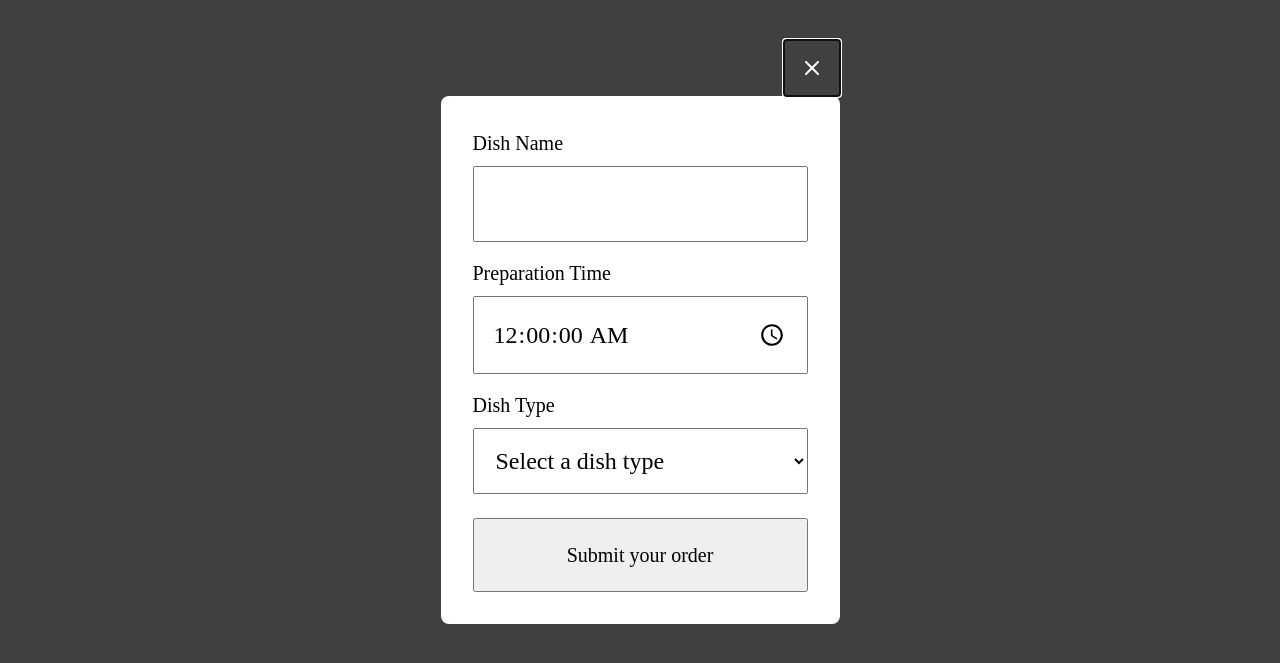
Repository: hjubsoni/hex-ocean-task
Page: /, after clicking the first element matching `button.order-button`
An editor plug-in stored every save of this project. The page is shown before and after the next save, followed by the edit.
The browser window is 1280 px wide. The pictures show the whole page.
The project was rebuilt for these pictures with package versions that can differ from the ones it lists, and the page was loaded fresh each time. Also part of the build but not shown: vite.config.ts.

Above is the page before, as saved 2023-03-22 15:34:39.

### index.html
<!DOCTYPE html>
<html lang="en">
  <head>
    <meta charset="UTF-8" />
    <link rel="icon" type="image/svg+xml" href="/vite.svg" />
    <meta
      name="viewport"
      content="width=device-width, initial-scale=1.0"
    />
    <title>Vite + React + TS</title>
  </head>
  <body>
    <div id="root"></div>
    <script type="module" src="/src/main.tsx"></script>
  </body>
</html>

### src/App.tsx
import React from 'react';
import './App.css';
import { ShoppingBag } from 'react-feather';
import Modal from './components/Modal';

function App() {
  const [isModalOpen, setIsModalOpen] = React.useState(false);

  const toggleIsOpenModal = () => {
    setIsModalOpen(!isModalOpen);
  };

  return (
    <>
      <div className="wrapper">
        <button className="order-button" onClick={toggleIsOpenModal}>
          <div className="icon-wrapper">
            <ShoppingBag color="white" />
          </div>
          <span className="order-button-text">Order</span>
        </button>
      </div>
      {isModalOpen && <Modal handleDismiss={toggleIsOpenModal} />}
    </>
  );
}

export default App;

### src/index.css
*,
*::before,
*::after {
  box-sizing: border-box;
}

* {
  margin: 0;
}

html,
body,
#root {
  height: 100%;
}

body {
  line-height: 1.5;
  -webkit-font-smoothing: antialiased;
}

img,
picture,
video,
canvas,
svg {
  display: block;
  max-width: 100%;
}

input,
button,
textarea,
select {
  font: inherit;
}

p,
h1,
h2,
h3,
h4,
h5,
h6 {
  overflow-wrap: break-word;
}

#root,
#__next {
  isolation: isolate;
}

### src/App.css
.wrapper {
  height: 100%;
  display: flex;
  justify-content: center;
  align-items: center;
}

.order-button {
  display: flex;
  width: 180px;
  height: 2.625rem;
  align-items: center;
  padding: 4px 8px;
  gap: 8px;
  border-radius: 8px;
  background: #184fee;
  cursor: pointer;
  border: none;
}

.order-button-text {
  font-size: 1.5rem;
  color: white;
  margin-left: auto;
  margin-right: auto;
}

.icon-wrapper {
  animation-duration: 2s;
}

.order-button:hover > .icon-wrapper {
  animation-name: bounce;
  animation-timing-function: cubic-bezier(0.28, 0.84, 0.42, 1);
}
@keyframes bounce {
  0% {
    transform: scale(1, 1) translateY(0);
  }
  10% {
    transform: scale(1.1, 0.9) translateY(0);
  }
  30% {
    transform: scale(0.9, 1.1) translateY(-5px);
  }
  50% {
    transform: scale(1.05, 0.95) translateY(0);
  }
  57% {
    transform: scale(1, 1) translateY(-2px);
  }
  64% {
    transform: scale(1, 1) translateY(0);
  }
  100% {
    transform: scale(1, 1) translateY(0);
  }
}

### src/components/Modal/Modal.tsx
import React from 'react';
import FocusLock from 'react-focus-lock';
import './styles.css';
import ModalForm from './ModalForm';

function Modal({ handleDismiss }: { handleDismiss: () => void }) {
  React.useEffect(() => {
    function handleKeyDown(event: KeyboardEvent) {
      if (event.code === 'Escape') {
        handleDismiss();
      }
    }
    window.addEventListener('keydown', handleKeyDown);
    return () => {
      window.removeEventListener('keydown', handleKeyDown);
    };
  }, [handleDismiss]);
  return (
    <FocusLock returnFocus={true}>
      <div className="wrapper">
        <div className="backdrop" onClick={handleDismiss} />
        <ModalForm handleDismiss={handleDismiss} />
      </div>
    </FocusLock>
  );
}

export default Modal;

### src/components/Modal/styles.css
.wrapper {
  position: fixed;
  inset: 0;
  display: grid;
  place-content: center;
  padding: 16px;
}

.backdrop {
  position: absolute;
  inset: 0;
  background: hsl(0deg 0% 0% / 0.75);
}

.modal-form {
  position: relative;
  background: white;
  border-radius: 8px;
  padding: 32px;
  display: flex;
  flex-direction: column;
  gap: 16px;
}

.close-button {
  position: absolute;
  top: 0;
  right: 0;
  padding: 16px;
  color: white;
  transform: translateY(-100%);
  cursor: pointer;
  background: transparent;
  border: none;
}

.form-label {
  display: inline-block;
  font-weight: 500;
  font-size: 1.25rem;
}

.form-input {
  display: block;
  padding: 1.125rem;
  margin-top: 0.5rem;
  width: 100%;
  font-size: 1.5rem;
}

.submit-button {
  padding: 1.25rem;
  font-size: 1.25rem;
  cursor: pointer;
  margin-top: 8px;
}

### src/components/Modal/ModalForm.tsx
import React from 'react';

import { X } from 'react-feather';
import './form.css';
import VissuallyHidden from '../VisuallyHidden';

type Order = {
  name: string;
  preparation_time: string;
  type: string;
  no_of_slices?: number;
  diameter?: number;
  spiciness_scale?: number;
  slices_of_bread?: number;
};

const DISH_TYPES = [
  {
    label: 'Pizza',
    value: 'pizza',
  },
  {
    label: 'Soup',
    value: 'soup',
  },
  {
    label: 'Sandwich',
    value: 'sandwich',
  },
];

function ModalForm({ handleDismiss }: { handleDismiss: () => void }) {
  const [order, setOrder] = React.useState<Order>({
    name: '',
    preparation_time: '00:00:00',
    type: '',
    no_of_slices: '',
    diameter: '',
    spiciness_scale: '',
    slices_of_bread: '',
  });

  return (
    <form className="modal-form" role="form-modal">
      <button className="close-button" onClick={handleDismiss}>
        <X color="white" />
        <VissuallyHidden>Close Modal Form</VissuallyHidden>
      </button>
      <div>
        <label className="form-label" htmlFor="dish-name">
          Dish Name
        </label>
        <input
          className="form-input"
          id="dish-name"
          value={order.name}
        />
      </div>
      <div>
        <label className="form-label" htmlFor="preparation-time">
          Preparation Time
        </label>
        <input
          className="form-input"
          id="preparation-time"
          value={order.preparation_time}
          type="time"
          step="1"
        />
      </div>
      <div>
        <label className="form-label" htmlFor="dish-type">
          Dish Type
        </label>
        <select className="form-input" id="dish-type" required>
          <option value="">Select a dish type</option>
          <optgroup label="Dishes">
            {DISH_TYPES.map((dishType, idx) => {
              return (
                <option key={idx} value={dishType.value}>
                  {dishType.label}
                </option>
              );
            })}
          </optgroup>
        </select>
      </div>
      <button type="submit" className="submit-button">
        Submit your order
      </button>
    </form>
  );
}

export default ModalForm;

### src/components/Modal/form.css
.modal-form {
  position: relative;
  background: white;
  border-radius: 8px;
  padding: 32px;
  display: flex;
  flex-direction: column;
  gap: 16px;
}

.close-button {
  position: absolute;
  top: 0;
  right: 0;
  padding: 16px;
  color: white;
  transform: translateY(-100%);
  cursor: pointer;
  background: transparent;
  border: none;
}

.form-label {
  display: inline-block;
  font-weight: 500;
  font-size: 1.25rem;
}

.form-input {
  display: block;
  padding: 1.125rem;
  margin-top: 0.5rem;
  width: 100%;
  font-size: 1.5rem;
}

.submit-button {
  padding: 1.25rem;
  font-size: 1.25rem;
  cursor: pointer;
  margin-top: 8px;
}

### src/components/VisuallyHidden/VisuallyHidden.tsx
const hiddenStyles = {
  display: 'inline-block',
  position: 'absolute',
  overflow: 'hidden',
  clip: 'rect(0 0 0 0)',
  height: 1,
  width: 1,
  margin: -1,
  padding: 0,
  border: 0,
} as React.CSSProperties;

const VisuallyHidden = ({
  children,
}: {
  children: React.ReactNode;
}) => {
  return <span style={hiddenStyles}>{children}</span>;
};

export default VisuallyHidden;

Loaded but not shown: src/main.tsx (common file); src/components/Modal/index.tsx (common file); src/components/VisuallyHidden/index.tsx (common file)

After the next save:
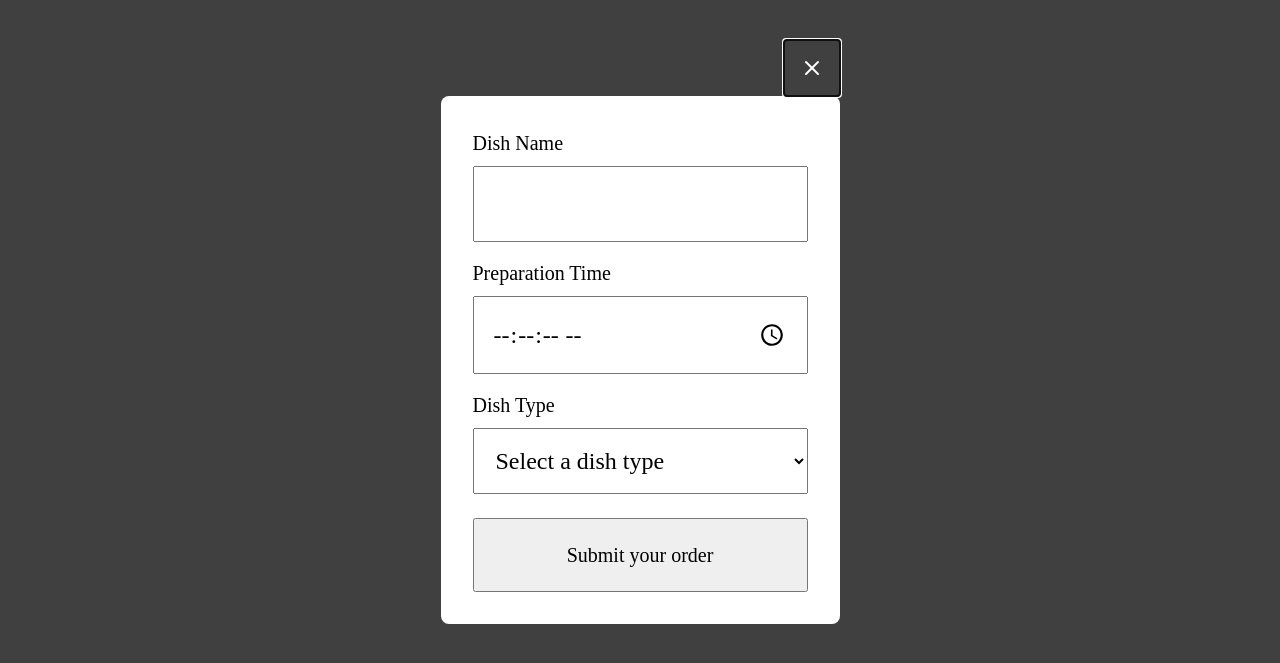
Saved 17 min 15 s later.
--- a/src/components/Modal/ModalForm.tsx
+++ b/src/components/Modal/ModalForm.tsx
@@ -1,17 +1,16 @@
 import React from 'react';
-
 import { X } from 'react-feather';
 import './form.css';
 import VissuallyHidden from '../VisuallyHidden';
 
 type Order = {
   name: string;
-  preparation_time: string;
+  preparation_time: null | number;
   type: string;
-  no_of_slices?: number;
-  diameter?: number;
-  spiciness_scale?: number;
-  slices_of_bread?: number;
+  no_of_slices?: null | number;
+  diameter?: null | number;
+  spiciness_scale?: null | number;
+  slices_of_bread?: null | number;
 };
 
 const DISH_TYPES = [
@@ -32,7 +31,7 @@ const DISH_TYPES = [
 function ModalForm({ handleDismiss }: { handleDismiss: () => void }) {
   const [order, setOrder] = React.useState<Order>({
     name: '',
-    preparation_time: '00:00:00',
+    preparation_time: null,
     type: '',
     no_of_slices: '',
     diameter: '',
